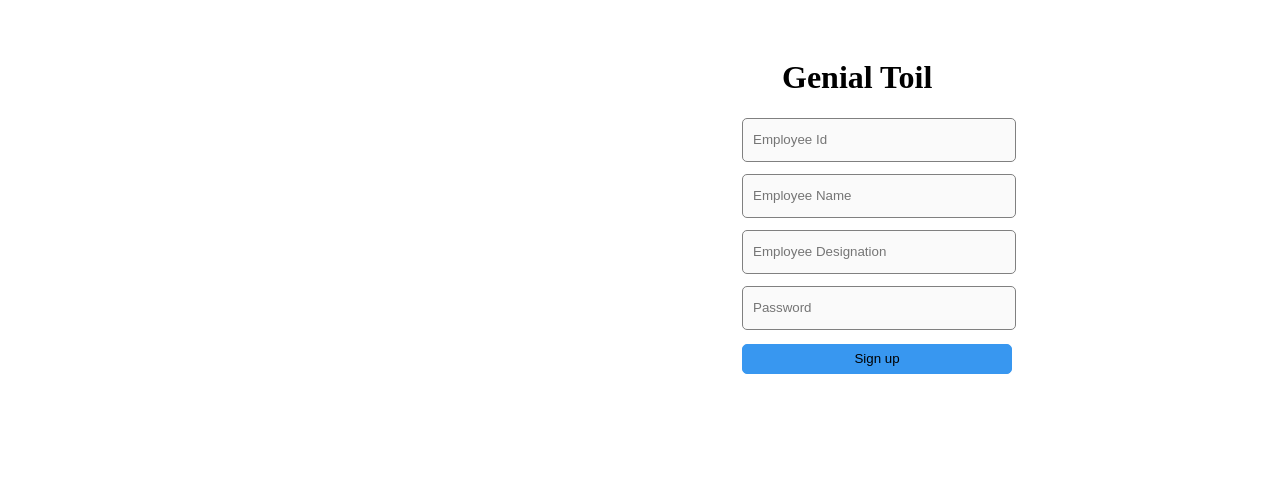
Repository: robin9533/Basic-Programs-App.
Page: GW-Genial Work Proj/GT_GenialToil/WebContent/EmployeeSignup.html
The author's editor kept a copy of each file at every save. The page is drawn from the files as they stood at one save, then again after the next save.
The browser window is 1280 px wide. The pictures show the whole page.

Above is the page before, as saved 2019-05-10 09:57:03.

### GW-Genial Work Proj/GT_GenialToil/WebContent/EmployeeSignup.html
<!DOCTYPE html>
<html>
<head>
<meta charset="ISO-8859-1">
<title>Employee Registration Form</title>
<link rel="Stylesheet" type="text/css" href="EmployeeSignup.css">
</head>
<body>

	<div class="registrationblock">
		<h1>
			Genial Toil
			</h1>
				<Form action="EmployeeSignupServlet">

					<input type="text" name="empId" placeholder="Employee Id">
					<input type="text" name="empName" placeholder="Employee Name">
					<input type="text" name="empDes" placeholder="Employee Designation">
					<input type="password" name="empPass" placeholder="Password">
					<button type="button">Sign up</button>

				</Form>
	</div>

</body>
</html>

### GW-Genial Work Proj/GT_GenialToil/WebContent/EmployeeSignup.css
@charset "ISO-8859-1";

.body{
	background-color: blue;
}
.registrationblock {
	height:400px;
	width: 300px;
	float:right;
	border:0px solid black;
	background-color: rgb(255, 255, 255);
	margin-top: 30px;
	margin-right: 250px
}
.registrationblock input{
	width: 260px;
	height:40px;
	margin-bottom:12px;
	margin-left:20px;
	background: #fafafa;
	border: none;
	border:1px solid gray;
	border-radius: 5px;
	padding-left: 10px;
}
.registrationblock button{
	width:270px;
	height:30px;
	margin-left:20px;
	margin-top:2px;
	text-align: center;
	cursor: pointer;
	background: #3897F0;
	border-radius:5px;
	border: 1px solid #3897F0;
	}
.registrationblock h1{
	margin-left: 60px;
	cursor: default;

	}

After the next save:
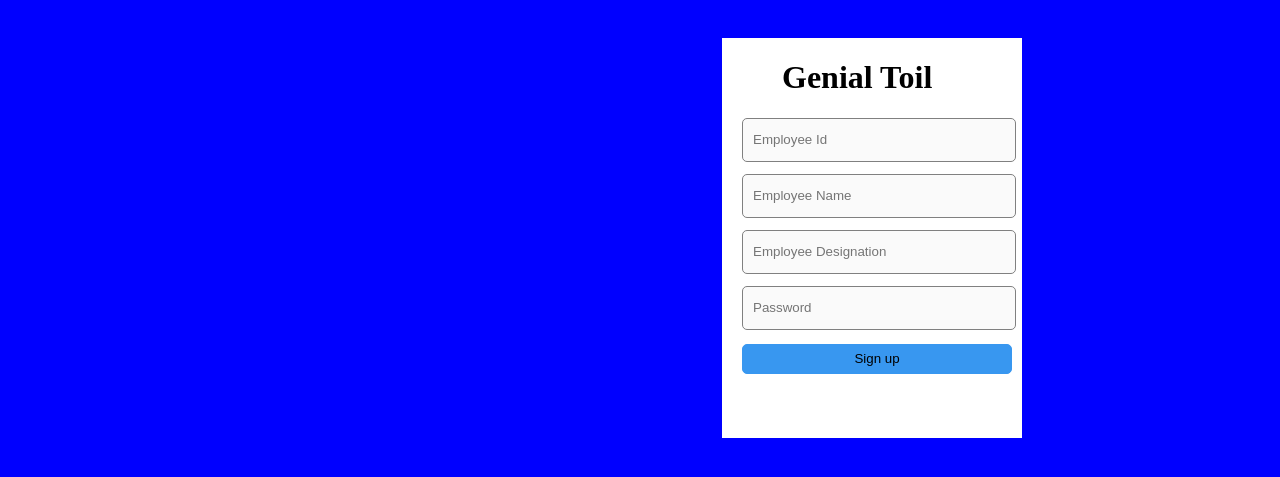
Saved 16 s later.
--- a/GW-Genial Work Proj/GT_GenialToil/WebContent/EmployeeSignup.css
+++ b/GW-Genial Work Proj/GT_GenialToil/WebContent/EmployeeSignup.css
@@ -1,6 +1,6 @@
 @charset "ISO-8859-1";
 
-.body{
+body{
 	background-color: blue;
 }
 .registrationblock {
